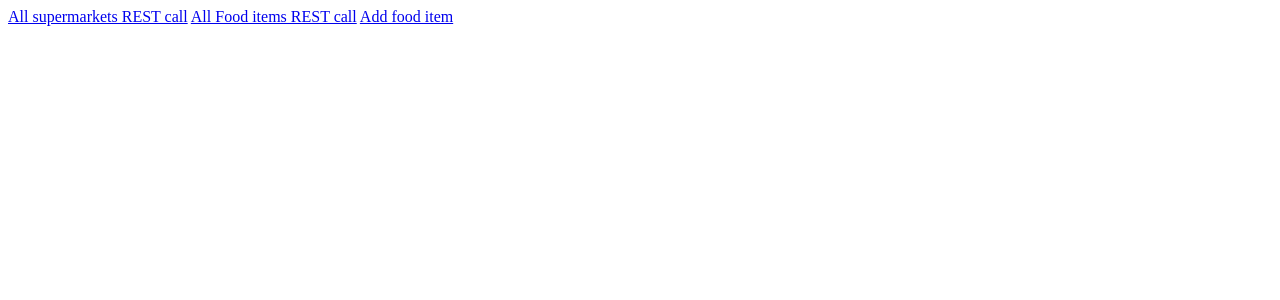
Repository: revatt/SuperMarket
Page: SuperMarketOld/web/pages/index.html
The author's editor kept a copy of each file at every save. The page is drawn from the files as they stood at one save, then again after the next save.
The browser window is 1280 px wide. The pictures show the whole page.

Above is the page before, as saved 2013-10-06 23:21:28.

After the next save:
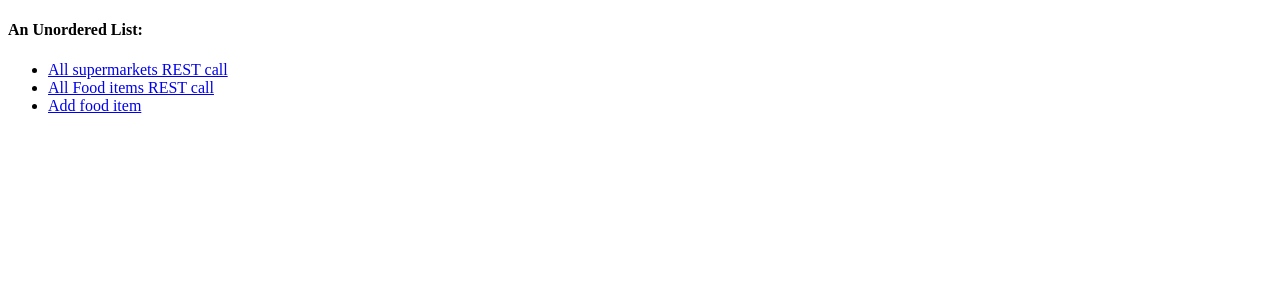
Saved 100 s later.
--- a/SuperMarketOld/web/pages/index.html
+++ b/SuperMarketOld/web/pages/index.html
@@ -2,9 +2,13 @@
 <html>
 <body>
 
-<a href="rest/foodmarket/supermarkets">All supermarkets REST call</a>
-<a href="rest/foodmarket/fooditems">All Food items REST call</a>
-<a href="addFoodItem.html">Add food item</a>
+<h4>An Unordered List:</h4>
+<ul>
+  <li><a href="rest/foodmarket/supermarkets">All supermarkets REST call</a></li>
+  <li><a href="rest/foodmarket/fooditems">All Food items REST call</a></li>
+  <li><a href="addFoodItem.html">Add food item</a></li>
+</ul>
+
 
 </body>
 </html>
